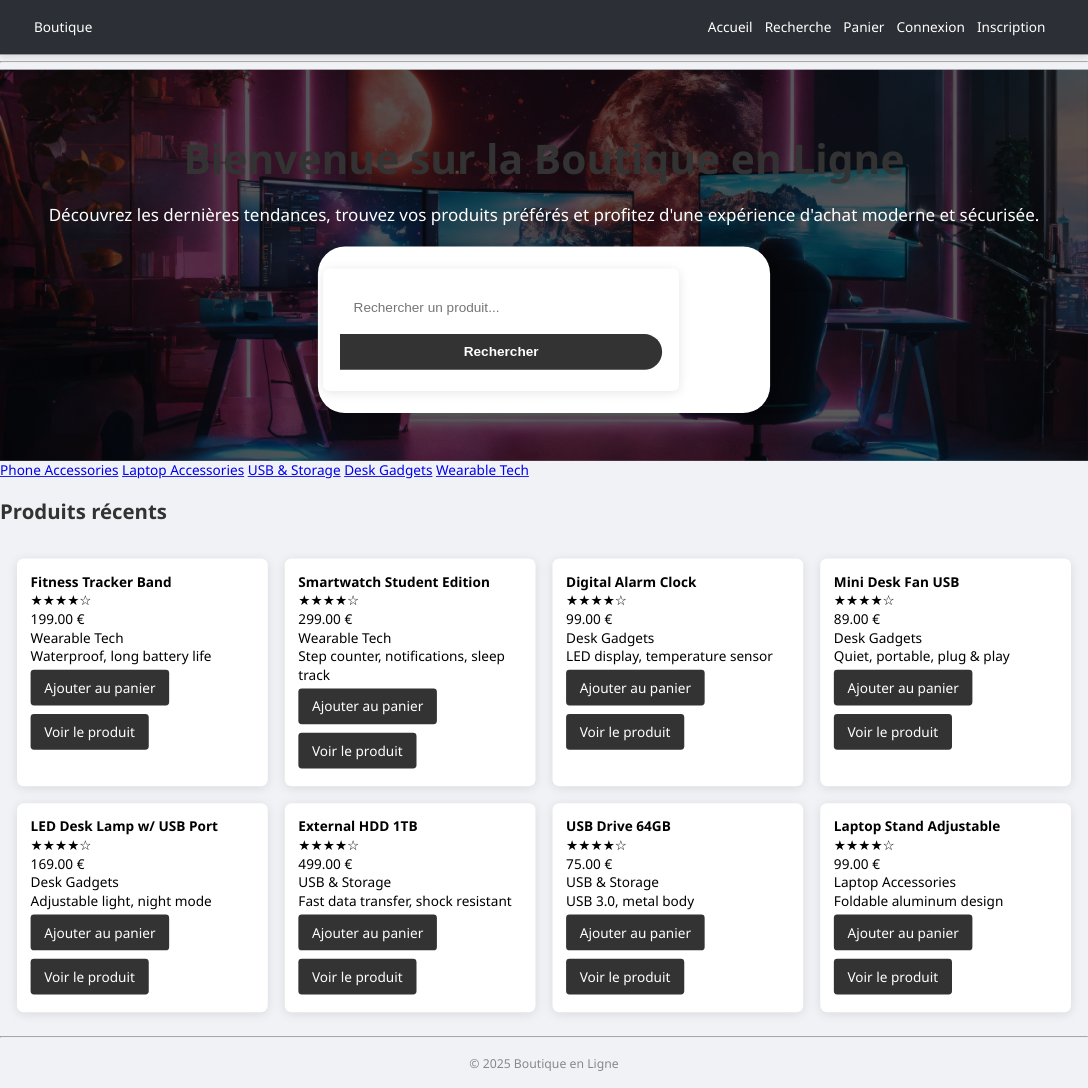
Repository: kiraj-walid/ecomerce
Page: http://localhost/
An editor plug-in stored every save of this project. The page is shown before and after the next save, followed by the edit.
The browser window is 1280 px wide. The pictures show the whole page, at 85% of full size.
The page is run by PHP 8.4 with error messages shown; the project is at /var/www/html/. The database holds what the project's SQL file puts in it. Queries for data that is not in the repository find no rows.

Above is the page before, as saved 2025-05-07 14:58:50.

### index.php
<?php
require_once 'includes/db.php';
require_once 'includes/functions.php';
include 'includes/header.php';

// Récupérer les 8 derniers produits
$products = $pdo->query('SELECT * FROM produits ORDER BY id DESC LIMIT 8')->fetchAll();

// Fetch categories for quick filters
$categories = $pdo->query("SELECT DISTINCT categorie FROM produits WHERE categorie IS NOT NULL AND categorie != ''")->fetchAll(PDO::FETCH_COLUMN);
?>

<div class="hero-section">
    <img src="assets/images/landingpage.webp" alt="Boutique en Ligne" class="hero-bg-img">
    <div class="hero-overlay"></div>
    <div class="hero-content">
        <div class="hero-text">
            <h1>Bienvenue sur la Boutique en Ligne</h1>
            <p>Découvrez les dernières tendances, trouvez vos produits préférés et profitez d'une expérience d'achat moderne et sécurisée.</p>
        </div>
        <div class="hero-search">
            <form action="search.php" method="GET">
                <input type="text" name="q" placeholder="Rechercher un produit..." class="search-input">
                <button type="submit" class="hero-btn">Rechercher</button>
            </form>
        </div>
    </div>
</div>

<?php if (!empty($categories)) : ?>
<div class="category-filters">
    <?php foreach ($categories as $cat) : ?>
        <a href="search.php?category=<?= urlencode($cat) ?>" class="category-card"><?= htmlspecialchars($cat) ?></a>
    <?php endforeach; ?>
</div>
<?php endif; ?>

<h2 class="recent-products-title">Produits récents</h2>

<?php if (count($products) === 0) : ?>
    <p class="no-products">Aucun produit disponible.</p>
<?php else : ?>
    <div class="product-listing">
    <?php foreach ($products as $prod) : ?>
        <div class="product-card">
            <?php
            $stmt_imgs = $pdo->prepare('SELECT image FROM images_produit WHERE produit_id = ?');
            $stmt_imgs->execute([$prod['id']]);
            $images = $stmt_imgs->fetchAll(PDO::FETCH_COLUMN);
            ?>
            <div class="product-gallery">
                <?php if ($images && count($images) > 0): ?>
                    <span onclick="prevImg(<?= $prod['id'] ?>)" class="gallery-arrow gallery-arrow-left">
                        <svg width="24" height="24" viewBox="0 0 24 24"><polyline points="15 18 9 12 15 6" fill="none" stroke="#333" stroke-width="2" stroke-linecap="round" stroke-linejoin="round"/></svg>
                    </span>
                    <img src="assets/images/<?= htmlspecialchars($images[0]) ?>" alt="<?= htmlspecialchars($prod['nom']) ?>" id="main-img-<?= $prod['id'] ?>">
                    <span onclick="nextImg(<?= $prod['id'] ?>)" class="gallery-arrow gallery-arrow-right">
                        <svg width="24" height="24" viewBox="0 0 24 24"><polyline points="9 6 15 12 9 18" fill="none" stroke="#333" stroke-width="2" stroke-linecap="round" stroke-linejoin="round"/></svg>
                    </span>
                    <?php if (count($images) > 1): ?>
                        <script>
                        var imgs<?= $prod['id'] ?> = <?= json_encode($images) ?>;
                        var idx<?= $prod['id'] ?> = 0;
                        function nextImg(pid) {
                            if (window['idx'+pid] < window['imgs'+pid].length-1) window['idx'+pid]++;
                            else window['idx'+pid]=0;
                            document.getElementById('main-img-'+pid).src = 'assets/images/' + window['imgs'+pid][window['idx'+pid]];
                        }
                        function prevImg(pid) {
                            if (window['idx'+pid] > 0) window['idx'+pid]--;
                            else window['idx'+pid]=window['imgs'+pid].length-1;
                            document.getElementById('main-img-'+pid).src = 'assets/images/' + window['imgs'+pid][window['idx'+pid]];
                        }
                        window['imgs'+<?= $prod['id'] ?>] = imgs<?= $prod['id'] ?>;
                        window['idx'+<?= $prod['id'] ?>] = 0;
                        </script>
                    <?php endif; ?>
                <?php endif; ?>
            </div>
            <strong><?= htmlspecialchars($prod['nom']) ?></strong><br>
            <div class="product-rating">★★★★☆</div>
            <span><?= number_format($prod['prix'], 2) ?> €</span><br>
            <span><?= htmlspecialchars($prod['categorie']) ?></span><br>
            <div class="product-desc">
                <?= htmlspecialchars(mb_strimwidth($prod['description'], 0, 80, '...')) ?>
            </div>
            <a href="cart.php?add=<?= $prod['id'] ?>" class="add-to-cart-btn">Ajouter au panier</a>
            <a href="product.php?id=<?= $prod['id'] ?>" class="product-details-btn">Voir le produit</a>
        </div>
    <?php endforeach; ?>
    </div>
<?php endif; ?>

<?php include 'includes/footer.php'; ?>

### includes/db.php
<?php
// Connexion à la base de données
$host = 'localhost';
$db   = 'boutique';
$user = 'root';
$pass = '';
$charset = 'utf8mb4';

$dsn = "mysql:host=$host;dbname=$db;charset=$charset";
$options = [
    PDO::ATTR_ERRMODE            => PDO::ERRMODE_EXCEPTION,
    PDO::ATTR_DEFAULT_FETCH_MODE => PDO::FETCH_ASSOC,
    PDO::ATTR_EMULATE_PREPARES   => false,
];
try {
     $pdo = new PDO($dsn, $user, $pass, $options);
} catch (PDOException $e) {
     exit('Erreur de connexion à la base de données : ' . $e->getMessage());
}

### includes/functions.php
<?php
session_start();

function is_logged_in() {
    return isset($_SESSION['user_id']);
}

function is_admin() {
    return isset($_SESSION['role']) && $_SESSION['role'] === 'admin';
}

function redirect($url) {
    header('Location: ' . $url);
    exit();
}

### includes/header.php
<?php
require_once __DIR__ . '/functions.php';
?>
<!DOCTYPE html>
<html lang="fr">
<head>
    <meta charset="UTF-8">
    <title>Boutique en Ligne</title>
    <link rel="stylesheet" href="assets/css/style.css">
</head>
<body>
<nav class="navbar">
    <div class="navbar-container">
        <a href="index.php" class="navbar-logo">Boutique</a>
        <div class="navbar-links">
            <a href="index.php">Accueil</a>
            <a href="search.php">Recherche</a>
            <a href="cart.php">Panier</a>
            <?php if (is_logged_in()): ?>
                <?php if (is_admin()): ?>
                    <a href="admin/dashboard.php">Admin</a>
                <?php else: ?>
                    <a href="profile.php">Mon Profil</a>
                <?php endif; ?>
                <a href="logout.php" class="logout">Déconnexion</a>
            <?php else: ?>
                <a href="login.php">Connexion</a>
                <a href="register.php">Inscription</a>
            <?php endif; ?>
        </div>
    </div>
</nav>
<hr>

### includes/footer.php
<hr>
<footer>
    <p>&copy; <?php echo date('Y'); ?> Boutique en Ligne</p>
</footer>
</body>
</html>

### assets/css/style.css
body {
    font-family: 'Segoe UI', sans-serif;
    background-color: #f0f2f5;
    margin: 0;
    padding: 0;
    overflow-x: hidden;
  }

  nav {
    background-color: #333;
    color: #fff;
    padding: 10px;
  }

  nav a {
    color: #fff;
    margin-right: 10px;
    text-decoration: none;
  }

  h1, h2 {
    color: #333;
  }

  form {
    background-color: #fff;
    padding: 20px;
    margin: 20px 0;
    border-radius: 8px;
    max-width: 400px;
    box-shadow: 0px 2px 12px rgba(0, 0, 0, 0.1);
  }

  input, button {
    margin: 5px 0;
    padding: 12px;
    width: 100%;
    box-sizing: border-box;
  }

  footer {
    text-align: center;
    color: #888;
    font-size: 0.9em;
    margin: 20px 0;
  }

  .navbar {
    background-color: #2c2f35;
    color: #fff;
    padding: 0;
    box-shadow: 0px 4px 8px rgba(0, 0, 0, 0.1);
  }

  .navbar-container {
    max-width: 1200px;
    margin: 0 auto;
    display: flex;
    align-items: center;
    justify-content: space-between;
    padding: 0 24px;
    height: 64px;
  }

  .hero-section {
    position: relative;
    width: 100%;
    min-height: 420px;
    display: flex;
    align-items: center;
    justify-content: center;
    overflow: hidden;
    background-color: #1a1d21;
  }

  .hero-bg-img {
    position: absolute;
    width: 100%;
    height: 100%;
    object-fit: cover;
    z-index: 1;
    opacity: 0.85;
  }

  .hero-overlay {
    position: absolute;
    width: 100%;
    height: 100%;
    background-color: rgba(0, 0, 0, 0.6);
    z-index: 2;
  }

  .hero-content {
    position: relative;
    z-index: 3;
    text-align: center;
    color: #fff;
    padding: 40px;
  }

  .hero-text h1 {
    font-size: 3em;
    margin-bottom: 16px;
    font-weight: bold;
  }

  .hero-text p {
    font-size: 1.25em;
    margin-bottom: 24px;
  }

  .hero-search {
    display: flex;
    align-items: center;
    background-color: #fff;
    border-radius: 32px;
    box-shadow: 0 2px 12px rgba(0, 0, 0, 0.1);
    width: 90%;
    max-width: 520px;
    margin: 16px auto;
    padding: 6px;
  }

  .hero-search input {
    flex: 1;
    padding: 12px 16px;
    border: none;
    border-radius: 32px 0 0 32px;
    outline: none;
    font-size: 1em;
  }

  .hero-search button {
    padding: 12px 24px;
    border: none;
    background-color: #333;
    color: #fff;
    border-radius: 0 32px 32px 0;
    cursor: pointer;
    font-weight: bold;
    font-size: 1em;
  }

  .hero-search button:hover {
    background-color: #555;
  }

  .product-listing {
    display: grid;
    grid-template-columns: repeat(auto-fill, minmax(250px, 1fr));
    gap: 20px;
    padding: 20px;
  }

  .product-card {
    background-color: #fff;
    padding: 16px;
    border-radius: 8px;
    box-shadow: 0px 2px 12px rgba(0, 0, 0, 0.1);
    transition: transform 0.3s, box-shadow 0.3s;
  }

  .product-card:hover {
    transform: translateY(-4px);
    box-shadow: 0px 4px 16px rgba(0, 0, 0, 0.15);
  }

  .product-gallery img {
    width: 100%;
    height: auto;
    border-radius: 6px;
    margin-bottom: 8px;
  }

  .add-to-cart-btn, .product-details-btn {
    display: inline-block;
    padding: 10px 16px;
    margin: 5px 0;
    background-color: #333;
    color: #fff;
    text-decoration: none;
    border-radius: 4px;
    transition: background-color 0.3s;
  }

  .add-to-cart-btn:hover, .product-details-btn:hover {
    background-color: #555;
  }

### sql/schema.sql (the tables this page reads)
CREATE TABLE IF NOT EXISTS produits (
    id INT AUTO_INCREMENT PRIMARY KEY,
    nom VARCHAR(100),
    description TEXT,
    prix DECIMAL(10,2),
    categorie VARCHAR(50),
    image VARCHAR(255)
);

INSERT INTO produits (nom, prix, description, categorie) VALUES
('Silicone Phone Case', 39, 'Ultra-thin, shockproof, multiple colors', 'Phone Accessories'),
('Wireless Earbuds', 129, 'Bluetooth 5.0, 4h battery life', 'Phone Accessories'),
('Magnetic Phone Holder', 49, 'For car or desk, 360° rotation', 'Phone Accessories'),
('Fast Charging Cable (Type-C)', 29, 'Braided, durable, 1.5m length', 'Phone Accessories');

INSERT INTO produits (nom, prix, description, categorie) VALUES
('Laptop Cooling Pad', 139, '5 silent fans, adjustable tilt angles', 'Laptop Accessories'),
('Wireless Mouse', 79, 'Compact, USB receiver included', 'Laptop Accessories'),
('Laptop Stand Adjustable', 99, 'Foldable aluminum design', 'Laptop Accessories');

INSERT INTO produits (nom, prix, description, categorie) VALUES
('USB Drive 64GB', 75, 'USB 3.0, metal body', 'USB & Storage'),
('External HDD 1TB', 499, 'Fast data transfer, shock resistant', 'USB & Storage');

INSERT INTO produits (nom, prix, description, categorie) VALUES
('LED Desk Lamp w/ USB Port', 169, 'Adjustable light, night mode', 'Desk Gadgets'),
('Mini Desk Fan USB', 89, 'Quiet, portable, plug & play', 'Desk Gadgets'),
('Digital Alarm Clock', 99, 'LED display, temperature sensor', 'Desk Gadgets');

INSERT INTO produits (nom, prix, description, categorie) VALUES
('Smartwatch Student Edition', 299, 'Step counter, notifications, sleep track', 'Wearable Tech'),
('Fitness Tracker Band', 199, 'Waterproof, long battery life', 'Wearable Tech');

After the next save:
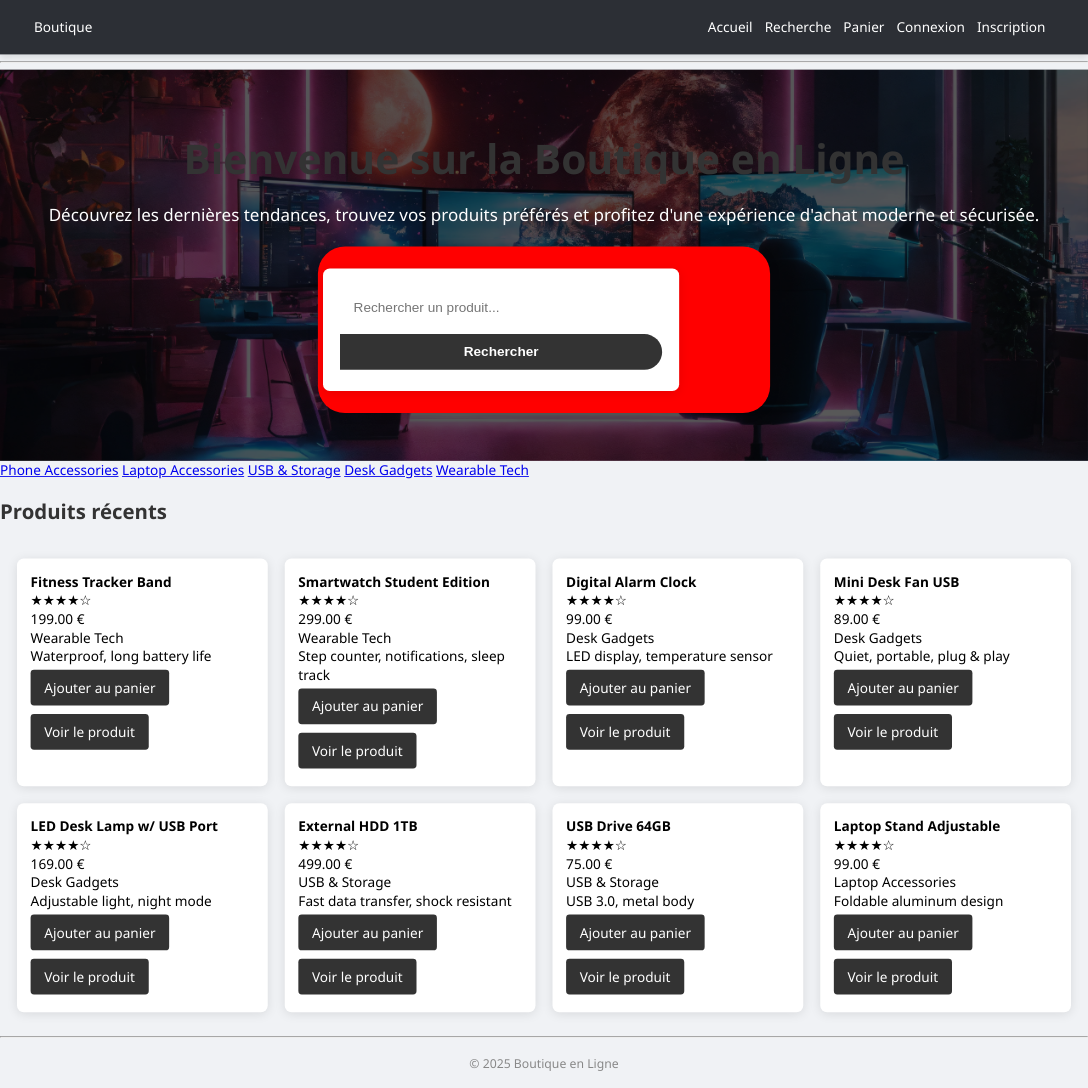
Saved 24 s later.
--- a/assets/css/style.css
+++ b/assets/css/style.css
@@ -112,7 +112,7 @@
   .hero-search {
     display: flex;
     align-items: center;
-    background-color: #fff;
+    background-color: #ff0000;
     border-radius: 32px;
     box-shadow: 0 2px 12px rgba(0, 0, 0, 0.1);
     width: 90%;

After the save that followed:
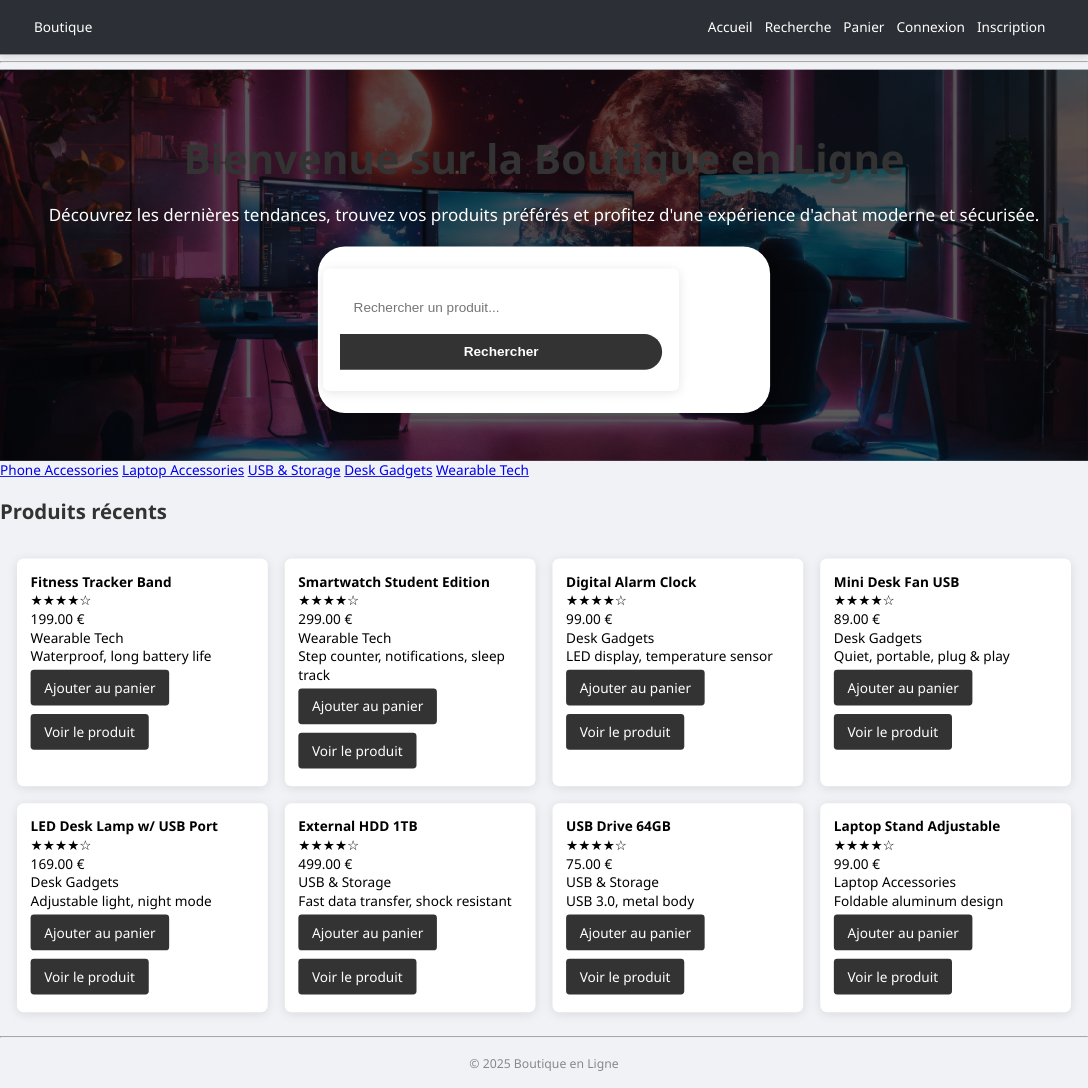
Saved 7 s later.
--- a/assets/css/style.css
+++ b/assets/css/style.css
@@ -112,7 +112,7 @@
   .hero-search {
     display: flex;
     align-items: center;
-    background-color: #ff0000;
+    background-color: #fff;
     border-radius: 32px;
     box-shadow: 0 2px 12px rgba(0, 0, 0, 0.1);
     width: 90%;
